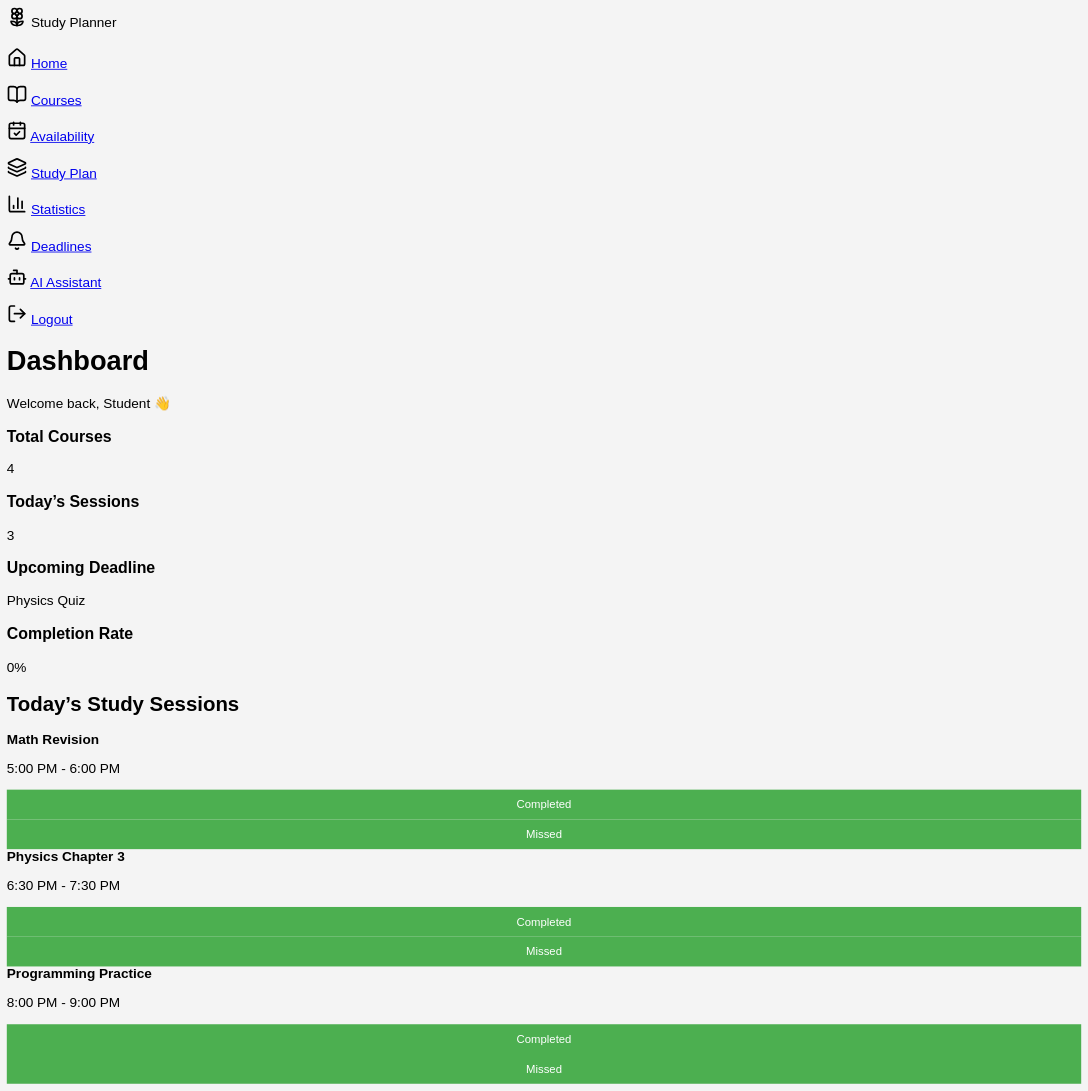
Repository: HaifaBaderBinDuhaim/web
Page: Frontend/dashboard.html
These files come from the project's save history. The page is drawn as it stood at one moment and after the next save; the edit follows.
The browser window is 1280 px wide. The pictures show the whole page, at 85% of full size.

Above is the page before, as saved 2026-04-10 19:45:00.

### Frontend/dashboard.html
<!doctype html>
<html lang="en">
  <head>
    <meta charset="UTF-8" />
    <meta name="viewport" content="width=device-width, initial-scale=1.0" />
    <title>Dashboard - Smart Study Planner</title>
    <link rel="stylesheet" href="style.css" />
    <script src="https://unpkg.com/lucide@latest"></script>
  </head>
  <body class="dashboard-page body-sidebare">
    <div class="dashboard-layout">
      <!-- Sidebar -->
      <div class="sidebar">
        <div class="logo">
          <i data-lucide="flower-2"></i>
          <span>Study Planner</span>
        </div>

        <div class="menu">
          <div class="item active">
            <i data-lucide="home"></i>
            <a href="dashboard.html" class="link">Home</a>
          </div>

          <div class="item">
            <i data-lucide="book-open"></i>
            <a href="courses2.html" class="link">Courses</a>
          </div>

          <div class="item">
            <i data-lucide="calendar-check"></i>
            <a href="availability.html" class="link">Availability</a>
          </div>

          <div class="item">
            <i data-lucide="layers-3"></i>
            <a href="planner.html" class="link">Study Plan</a>
          </div>

          <div class="item">
            <i data-lucide="bar-chart-3"></i>
            <a href="stats.html" class="link">Statistics</a>
          </div>

          <div class="item">
            <i data-lucide="bell"></i>
            <a href="tasks.html" class="link">Deadlines</a>
          </div>

          <div class="item">
            <i data-lucide="bot"></i>
            <a href="ai-helper.html" class="link">AI Assistant</a>
          </div>

          <div class="item">
            <i data-lucide="log-out"></i>
            <a href="register.html" class="link">Logout</a>
          </div>
        </div>
      </div>

      <!-- Main Content -->
      <div class="dashboard-wrapper">
        <div class="page-top-card">
          <h1>Dashboard</h1>
        </div>

        <div class="page-content-card">
          <p class="subtitle">
            Welcome back, <span id="studentName">Student</span> 👋
          </p>

          <div class="stats-grid">
            <div class="stats-card">
              <h3>Total Courses</h3>
              <p>4</p>
            </div>

            <div class="stats-card">
              <h3>Today’s Sessions</h3>
              <p id="sessionsCount">3</p>
            </div>

            <div class="stats-card">
              <h3>Upcoming Deadline</h3>
              <p>Physics Quiz</p>
            </div>

            <div class="stats-card">
              <h3>Completion Rate</h3>
              <p id="completionRate">0%</p>
            </div>
          </div>

          <h2>Today’s Study Sessions</h2>

          <div class="session-box">
            <div class="session-info">
              <strong>Math Revision</strong>
              <p>5:00 PM - 6:00 PM</p>
            </div>

            <div class="session-actions">
              <button class="session-btn" onclick="markCompleted(this)">
                Completed
              </button>
              <button class="missed-btn" onclick="markMissed(this)">
                Missed
              </button>
            </div>
          </div>

          <div class="session-box">
            <div class="session-info">
              <strong>Physics Chapter 3</strong>
              <p>6:30 PM - 7:30 PM</p>
            </div>

            <div class="session-actions">
              <button class="session-btn" onclick="markCompleted(this)">
                Completed
              </button>
              <button class="missed-btn" onclick="markMissed(this)">
                Missed
              </button>
            </div>
          </div>

          <div class="session-box">
            <div class="session-info">
              <strong>Programming Practice</strong>
              <p>8:00 PM - 9:00 PM</p>
            </div>

            <div class="session-actions">
              <button class="session-btn" onclick="markCompleted(this)">
                Completed
              </button>
              <button class="missed-btn" onclick="markMissed(this)">
                Missed
              </button>
            </div>
          </div>
        </div>
      </div>
    </div>

    <script>
      lucide.createIcons();
    </script>
    <script src="dashboard.js"></script>
  </body>
</html>

### Frontend/style.css
body {
    font-family: Arial, sans-serif;
    background: #f4f4f4;
}

.container {
    width: 350px;
    margin: 80px auto;
    background: #f4eaea;
    padding: 25px;
    border-radius: 10px;
    box-shadow: 0 0 10px #ccc;
}

input {
    width: 100%;
    padding: 10px;
    margin: 8px 0 15px;
}

button {
    width: 100%;
    padding: 10px;
    background: #4CAF50;
    color: white;
    border: none;
    cursor: pointer;
}
.menu {
    display: flex;
    flex-direction: column;
    gap: 15px;
    margin: 20px 0;
}

.logout-btn {
    background: #d9534f;
    color: white;
    padding: 10px;
    width: 100%;
    border: none;
    cursor: pointer;
    border-radius: 5px;
}
.day-box {
    background: #f9f9f9;
    padding: 15px;
    margin: 15px 0;
    border-radius: 8px;
    border: 1px solid #ddd;
}
.stats-box {
    background: #f9f9f9;
    padding: 20px;
    margin-top: 20px;
    border-radius: 8px;
    border: 1px solid #ddd;
    line-height: 1.8;
}
.ai-box {
    background: #f9f9f9;
    padding: 15px;
    margin-top: 15px;
    border-radius: 8px;
    border: 1px solid #ddd;
    min-height: 80px;

}

### Frontend/dashboard.js
let completed = 0;
const total = 3;

window.onload = function () {
  updateRate();
};

function markCompleted(button) {
  if (button.disabled) return;

  const parent = button.closest(".session-actions");
  const missedBtn = parent.querySelector(".missed-btn");

  completed++;

  button.disabled = true;
  missedBtn.disabled = true;

  button.textContent = "Done";

  updateRate();
}

function markMissed(button) {
  if (button.disabled) return;

  const parent = button.closest(".session-actions");
  const completedBtn = parent.querySelector(".session-btn");

  button.disabled = true;
  completedBtn.disabled = true;

  button.textContent = "Missed";

  updateRate();
}

function updateRate() {
  const rate = Math.round((completed / total) * 100);
  document.getElementById("completionRate").textContent = rate + "%";
}

### Frontend/style shams.css
.body-sidebare {
  margin: 0;
}

.dashboard-layout {
  display: flex;
  min-height: 100vh;
  background-color: #0b0b0b;
  gap: 28px;
  padding: 30px;
  box-sizing: border-box;
}

/* ===== Sidebar ===== */
.sidebar {
  width: 270px;
  background: #171717;
  border-radius: 24px;
  padding: 28px 20px;
  box-sizing: border-box;
  border: 1px solid #232323;
  flex-shrink: 0;
  align-self: flex-start;
}

.sidebar .logo {
  display: flex;
  align-items: center;
  gap: 12px;
  margin-bottom: 32px;
}

.sidebar .logo i {
  color: #b48cff;
  width: 22px;
  height: 22px;
}

.sidebar .logo span {
  color: #f5f5f5;
  font-size: 1.1rem;
  font-weight: 700;
}

.sidebar .menu {
  display: flex;
  flex-direction: column;
  gap: 10px;
}

.sidebar .item {
  display: flex;
  align-items: center;
  gap: 12px;
  padding: 14px 14px;
  border-radius: 14px;
  transition: 0.25s ease;
}

.sidebar .item i {
  width: 18px;
  height: 18px;
  color: #f2f2f2;
}

.sidebar .link {
  color: #f2f2f2;
  text-decoration: none;
  font-size: 1rem;
  font-weight: 500;
}

/* hover */
.sidebar .item:hover {
  background-color: #242424;
}

/* active item */
.sidebar .item.active {
  background-color: #2a2a2a;
}

.sidebar .item.active i,
.sidebar .item.active .link {
  color: #ffffff;
}

/* ===== Main Area ===== */
.dashboard-wrapper {
  flex: 1;
  min-width: 0;
}

/* top card / page container */
.dashboard-page .dashboard-container,
.ai-page .container {
  width: 100%;
  max-width: none;
  margin: 0;
  background: transparent;
  border: none;
  box-shadow: none;
  padding: 0;
}

/* top title card */
.page-top-card {
  background: #171717;
  border: 1px solid #232323;
  border-radius: 24px;
  padding: 28px 28px;
  margin-bottom: 26px;
}

.page-top-card h1 {
  margin: 0;
  color: #f5f5f5;
  font-size: 2.2rem;
  font-weight: 700;
}

/* content card */
.page-content-card {
  background: #171717;
  border: 1px solid #232323;
  border-radius: 24px;
  padding: 28px;
  box-sizing: border-box;
}

/* =========================
   DASHBOARD
========================= */
.dashboard-page {
  background: #0b0b0b;
  color: #f5f5f5;
  font-family: Arial, sans-serif;
}

.dashboard-page .subtitle {
  margin: 0 0 24px;
  color: #e5e5e5;
  font-size: 1rem;
}

.dashboard-page h2 {
  margin: 0 0 18px;
  color: #f28c32;
  font-size: 1.9rem;
  font-weight: 700;
}

.dashboard-page .stats-grid {
  display: grid;
  grid-template-columns: repeat(4, 1fr);
  gap: 18px;
  margin-bottom: 28px;
}

.dashboard-page .stats-card {
  background: #232323;
  border: 1px solid #3a3a3a;
  border-radius: 16px;
  padding: 24px 18px;
  min-height: 120px;
  box-sizing: border-box;
  text-align: center;
}

.dashboard-page .stats-card h3 {
  margin: 0 0 14px;
  color: #f0f0f0;
  font-size: 1rem;
}

.dashboard-page .stats-card p {
  margin: 0;
  font-size: 1.8rem;
  font-weight: 700;
  color: #f2b35f;
}

.dashboard-page .session-box {
  background: #232323;
  border: 1px solid #343434;
  border-radius: 16px;
  padding: 18px 20px;
  margin-bottom: 16px;
  display: flex;
  justify-content: space-between;
  align-items: center;
  gap: 18px;
}

.dashboard-page .session-info strong {
  display: block;
  color: #ffffff;
  font-size: 1.1rem;
  margin-bottom: 6px;
}

.dashboard-page .session-info p {
  margin: 0;
  color: #d0d0d0;
  font-size: 0.96rem;
}

.dashboard-page .session-actions {
  display: flex;
  gap: 10px;
}

.dashboard-page .session-btn,
.dashboard-page .missed-btn {
  border: none;
  border-radius: 10px;
  padding: 11px 18px;
  font-size: 0.95rem;
  font-weight: 700;
  cursor: pointer;
  min-width: 110px;
  transition: 0.25s ease;
}

.dashboard-page .session-btn {
  background: #f29a38;
  color: #111111;
}

.dashboard-page .session-btn:hover {
  background: #ffab52;
}

.dashboard-page .missed-btn {
  background: #d9534f;
  color: #ffffff;
}

.dashboard-page .missed-btn:hover {
  background: #ee615c;
}

.dashboard-page .session-btn:disabled,
.dashboard-page .missed-btn:disabled {
  background: #5b5b5b;
  color: #e0e0e0;
  cursor: not-allowed;
}

/* =========================
   AI HELPER
========================= */
.ai-page {
  background: #0b0b0b;
  color: #f5f5f5;
  font-family: Arial, sans-serif;
}

.ai-page .subtitle {
  margin: 0 0 22px;
  color: #e0e0e0;
}

.ai-page label {
  display: block;
  margin-bottom: 10px;
  color: #f2f2f2;
  font-size: 1rem;
  font-weight: 700;
}

.ai-page textarea {
  width: 100%;
  min-height: 180px;
  background: #232323;
  border: 1px solid #3a3a3a;
  border-radius: 14px;
  color: #ffffff;
  padding: 14px;
  box-sizing: border-box;
  font-size: 1rem;
  outline: none;
  resize: vertical;
}

.ai-page textarea::placeholder {
  color: #9f9f9f;
}

.ai-page textarea:focus {
  border-color: #f28c32;
  box-shadow: 0 0 0 3px rgba(242, 140, 50, 0.14);
}

.ai-page button,
.ai-page .btn {
  border: none;
  border-radius: 10px;
  padding: 12px 18px;
  font-size: 0.96rem;
  font-weight: 700;
  cursor: pointer;
  transition: 0.25s ease;
}

.ai-page button {
  margin-top: 16px;
  background: #f29a38;
  color: #111111;
}

.ai-page button:hover {
  background: #ffab52;
}

.ai-page .ai-box {
  margin-top: 22px;
  background: #232323;
  border: 1px solid #3a3a3a;
  border-radius: 16px;
  padding: 20px;
  min-height: 120px;
  box-sizing: border-box;
  color: #f2f2f2;
  line-height: 1.7;
}

.ai-page .back-btn {
  display: inline-block;
  margin-top: 18px;
  background: #2c2c2c;
  color: #ffffff;
}

.ai-page .back-btn:hover {
  background: #3a3a3a;
}

/* =========================
   RESPONSIVE
========================= */
@media (max-width: 1100px) {
  .dashboard-page .stats-grid {
    grid-template-columns: repeat(2, 1fr);
  }
}

@media (max-width: 850px) {
  .dashboard-layout {
    flex-direction: column;
    padding: 18px;
  }

  .sidebar {
    width: 100%;
  }

  .dashboard-page .session-box {
    flex-direction: column;
    align-items: flex-start;
  }

  .dashboard-page .session-actions {
    width: 100%;
    flex-wrap: wrap;
  }
}

@media (max-width: 560px) {
  .dashboard-page .stats-grid {
    grid-template-columns: 1fr;
  }

  .dashboard-page .session-actions {
    flex-direction: column;
    width: 100%;
  }

  .dashboard-page .session-btn,
  .dashboard-page .missed-btn,
  .ai-page button,
  .ai-page .back-btn {
    width: 100%;
  }

  .page-top-card h1 {
    font-size: 1.7rem;
  }
}

After the next save:
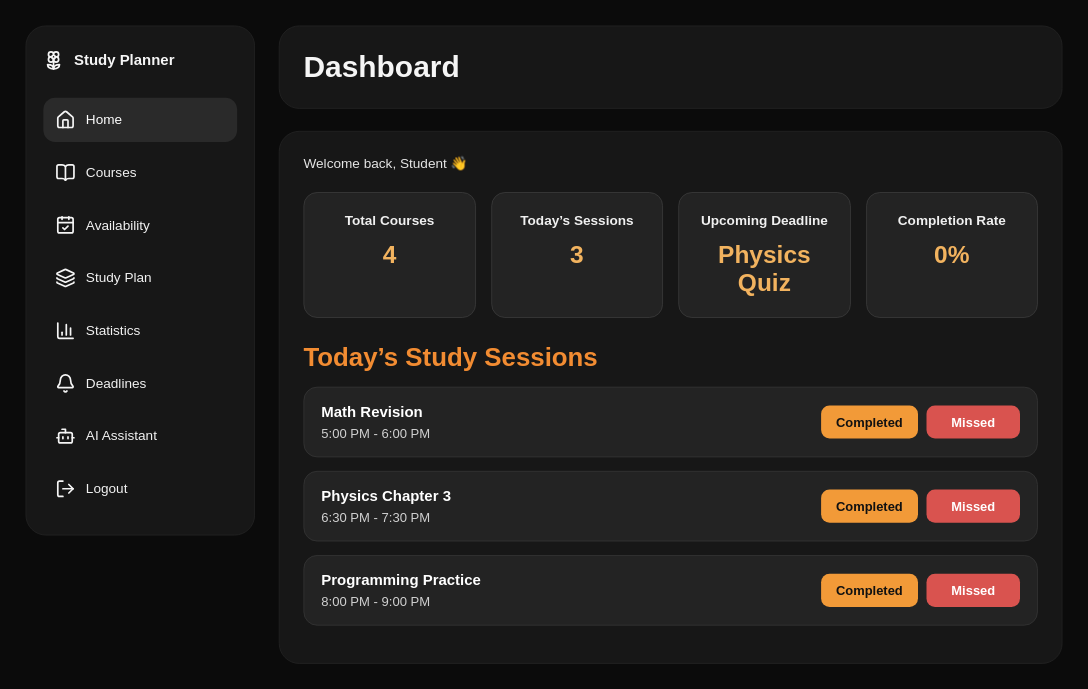
Saved 21 s later.
--- a/Frontend/dashboard.html
+++ b/Frontend/dashboard.html
@@ -4,7 +4,7 @@
     <meta charset="UTF-8" />
     <meta name="viewport" content="width=device-width, initial-scale=1.0" />
     <title>Dashboard - Smart Study Planner</title>
-    <link rel="stylesheet" href="style.css" />
+    <link rel="stylesheet" href="style shams.css" />
     <script src="https://unpkg.com/lucide@latest"></script>
   </head>
   <body class="dashboard-page body-sidebare">
